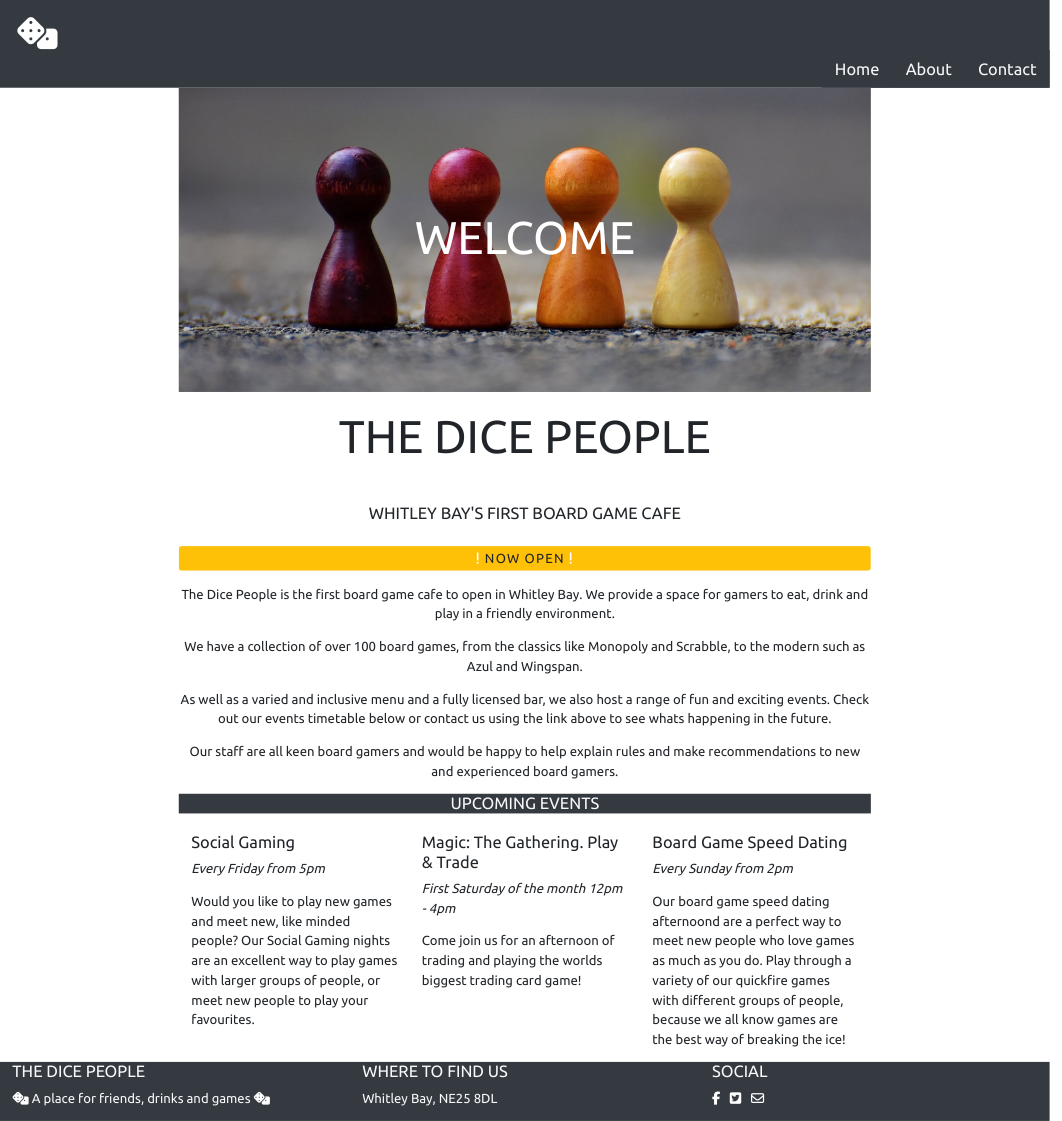
Repository: Code-Institute-Submissions/eleanorpro-milestoneproject1
Page: index.html
The author's editor kept a record of every edit. The page is drawn from the files as they stood at one moment, then again after the next edit.
The browser window is 1280 px wide. The page is 1295 px wide, so the pictures cover 1295 px, including what lies to the right of the window. The pictures show the whole page, at 82% of full size.
Some web libraries are served in a nearby version.

Above is the page before.

### index.html
<!DOCTYPE html>
<html lang="en">

<head>
    <meta charset="UTF-8">
    <meta name="viewport" content="width=device-width, initial-scale=1.0 shrink-to-fit=no">
    <meta http-equiv="X-UA-Compatible" content="ie=edge">
    <link rel="stylesheet" href="https://stackpath.bootstrapcdn.com/bootstrap/4.3.1/css/bootstrap.min.css" integrity="sha384-ggOyR0iXCbMQv3Xipma34MD+dH/1fQ784/j6cY/iJTQUOhcWr7x9JvoRxT2MZw1T" crossorigin="anonymous">
    <link href="https://fonts.googleapis.com/css?family=Ubuntu&display=swap" rel="stylesheet">
    <script src="https://kit.fontawesome.com/6737ff54ee.js" crossorigin="anonymous"></script>
    <link rel="stylesheet" href="css/style.css" type="text/css" />
    <title>The Dice People</title>
</head>

<body>


    <header class="bg-dark">
        <nav class="bg-dark">
            <span class="text-light"><i class="fas fa-dice heading-icon"></i></span>
            <ul class="nav justify-content-end">
                <li class="nav-item">
                    <a class="nav-link active text-light bg-dark" href="index.html">Home</a>
                </li>
                <li class="nav-item">
                    <a class="nav-link text-light bg-dark" href="about.html">About</a>
                </li>
                <li class="nav-item">
                    <a class="nav-link text-light bg-dark" href="contact.html">Contact</a>
                </li>
            </ul>
        </nav>
    </header>


    <div class="row">
        <div class="col-2"></div>
        <div class="col-8">


            <section>
                <div class="row">
                    <div class="col">
                        <div class="main-img">
                            <!-- I used https://www.w3schools.com/howto/howto_css_image_text.asp to help me put text over an image -->
                            <img class="bg-image" src="media/images/pieces.jpeg" alt="board game playing pieces">
                            <div class="centered">
                                <h1 class="uppercase display-4">Welcome</h1>
                            </div>
                        </div>
                    </div>
                </div>
                <h4 class="uppercase main-head display-4">The Dice People</h4>
                <h5 class="main-head uppercase">Whitley Bay's first board game cafe</h5>
                <div class="alert bg-warning">
                    <p><i class="fas fa-exclamation"></i><span> NOW OPEN </span><i class="fas fa-exclamation"></i></p>
                </div>
                <div class="intro">
                    <p>The Dice People is the first board game cafe to open in Whitley Bay. We provide a space for gamers to eat, drink and play in a friendly environment.</p>
                    <p>We have a collection of over 100 board games, from the classics like Monopoly and Scrabble, to the modern such as Azul and Wingspan.</p>
                    <p>As well as a varied and inclusive menu and a fully licensed bar, we also host a range of fun and exciting events. Check out our events timetable below or contact us using the link above to see whats happening in the future.</p>
                    <p>Our staff are all keen board gamers and would be happy to help explain rules and make recommendations to new and experienced board gamers.</p>
                </div>
                <div class="bg-dark text-light">
                    <h5 class="uppercase intro">Upcoming Events</h5>
                </div>

                <!-- Upcoming events below. -->
                <div class="container main-events">
                    <div class="row">
                        <div class="col-sm">
                            <h5>Social Gaming</h5>
                            <p><i>Every Friday from 5pm</i></p>
                            <p>Would you like to play new games and meet new, like minded people? Our Social Gaming nights are an excellent way to play games with larger groups of people, or meet new people to play your favourites.</p>
                        </div>
                        <div class="col-sm">
                            <h5>Magic: The Gathering. Play & Trade</h5>
                            <p><i>First Saturday of the month 12pm - 4pm</i></p>
                            <p>Come join us for an afternoon of trading and playing the worlds biggest trading card game!</p>
                        </div>
                        <div class="col-sm">
                            <h5>Board Game Speed Dating</h5>
                            <p><i>Every Sunday from 2pm</i></p>
                            <p>Our board game speed dating afternoond are a perfect way to meet new people who love games as much as you do. Play through a variety of our quickfire games with different groups of people, because we all know games are the
                                best way of breaking the ice!</p>
                        </div>
                    </div>
                </div>
            </section>


        </div>
        <div class="col-4"></div>
    </div>


    <footer>
        <div class="container-fluid footer text-light bg-dark">
            <div id="footer-details" class="row">
                <div class="col-sm-4">
                    <h5 class="uppercase">The Dice People</h5>
                    <p class="inline-block"><i class="fas fa-dice"></i> A place for friends, drinks and games <i class="fas fa-dice"></i></p>
                </div>
                <div class="col-sm-4">
                    <h5 class="uppercase">Where to find us</h5>
                    <p class="inline-block">Whitley Bay, NE25 8DL</p>
                </div>
                <div class="col-sm-4">
                    <h5 class="uppercase">Social</h5>
                    <ul class="list-inline social-icons">
                        <li class="list-inline-item">
                            <a href="https://www.facebook.com/" target="_blank"><i class="icon fab fa-facebook-f"></i></a>
                        </li>
                        <li class="list-inline-item">
                            <a href="https://twitter.com/?lang=en-gb" target="_blank"><i class="icon fab fa-twitter-square"></i></a>
                        </li>
                        <li class="list-inline-item">
                            <a href="mailto:services@thedicepeople.com"><i class="icon far fa-envelope"></i></a>
                        </li>
                    </ul>
                </div>
            </div>
        </div>
    </footer>


</body>

</html>

### css/style.css
/*--------------------------------------Text Styling */


body {
    font-family: "Ubuntu", sans-serif;
}


.fab,
.far,
.fas {
    color: #ffffff;
}


.inline-block {
    display: inline-block;
}

.uppercase {
    text-transform: uppercase;
}


/*--------------------------------------Header */


nav {
    width: 100%;
    min-height: 100px;
}


.heading-icon {
    font-size: 40px;
    padding-left: 20px;
    padding-top: 20px;
}


.nav-link {
    font-size: 20px;
}

/*--------------------------------------Main Image */


.bg-image {
    width: 100%;
}


.main-img {
    position: relative;
    text-align: center;
    color: white;
}


/* I used https://www.w3schools.com/howto/howto_css_image_text.asp for the CSS for putting text over an image (when the image isnt a background) */


.centered {
    position: absolute;
    top: 50%;
    left: 50%;
    transform: translate(-50%, -50%);
}


@media (max-width 768px) {
    #welcome {
        display: none;
    }
}


/*--------------------------------------Home Page */


.main-head {
    padding-top: 20px;
    padding-bottom: 20px;
}

.alert {
    text-align: center;
    padding: 2px 0;
    height: 30px;
    letter-spacing: 1.5px;
}

.main-events {
    padding-top: 15px;
}

body {
    position: relative;
    min-height: 100%;
    margin: 0;
    padding: 0;
}

.intro {
    text-align: center;
}

.main-head {
    text-align: center;
}

/*--------------------------------------About */

.alcohol,
.coffee {
    width: 100%;
}


li {
    list-style: none;
}

.day-list {
    text-align: right;
}

@media (max-width: 676px) {
    .alcohol,
    .coffee {
        display: none;
    }
    .opening-hours {
        width: 100%;
        margin-left: 40px;
    }
    .map {
        width: 75%;
        height: 75%;
    }
}

@media (min-width: 677px) and (max-width: 991px) {
    .map {
        margin-left: 40px;
    }

    @media (min-width: 992px) {
        .opening-hours {
            font-size: 150%;
            vertical-align: middle;
        }
    }

    .opening-hours {
        margin-bottom: 25px;
    }

    .locate-txt {
        font-family: "Ubuntu", sans-serif;
        margin-left: 40px;
        margin-right: 40px;
    }


    .address {
        margin-bottom: 3px;
    }

    .price {
        margin-left: 40px;
        margin-right: 40px;
    }

    /*--------------------------------------Contact */
    .contact-form {
        padding-left: 50px;
        padding-right: 50px;
    }


    .btn {
        margin-top: 50px;
    }

    .space {
        margin-bottom: 25px;
    }

    @media (max-width: 767px) {
        .space {
            height: 20px;
        }
        .table-img {
            max-height: 300px;
            max-width: 100%;
            padding-left: 0;
            padding-right: 0;
        }
    }

    @media (min-width: 700px) {

        .bg-contact {
            background-image: url("../media/images/table.jpeg");
            background-position: fixed;
            background-repeat: no-repeat;
            min-height: 100%;
        }
        .contact-main {
            padding-top: 200px;
        }
        .table-img {
            display: none;
        }
    }


    /*--------------------------------------Footer */
    .footer {
        min-height: 150px;
    }

    .social-icons {
        padding-bottom: 20px;
        word-spacing: 25px;
    }

    .social-icons li a i {
        width: 35px;
        height: 35px;
        padding: 10px;
        border-radius: 50%;
        font-size: 15px;
        line-height: 10px;
        text-align: center;
        background: #9DA1A6;
        transition: all 0.5s ease-in;
        -moz-transition: all 0.5s ease-in;
        -webkit-transition: all 0.5s ease-in;
        -o-transition: all 0.5s ease-in;
    }

    .social-icons li a i:hover {
        background: #217ADE;
    }

    #footer-details {
        padding: 30px;
    }

    .col {
        padding-right: 0;
    }

After the next edit:
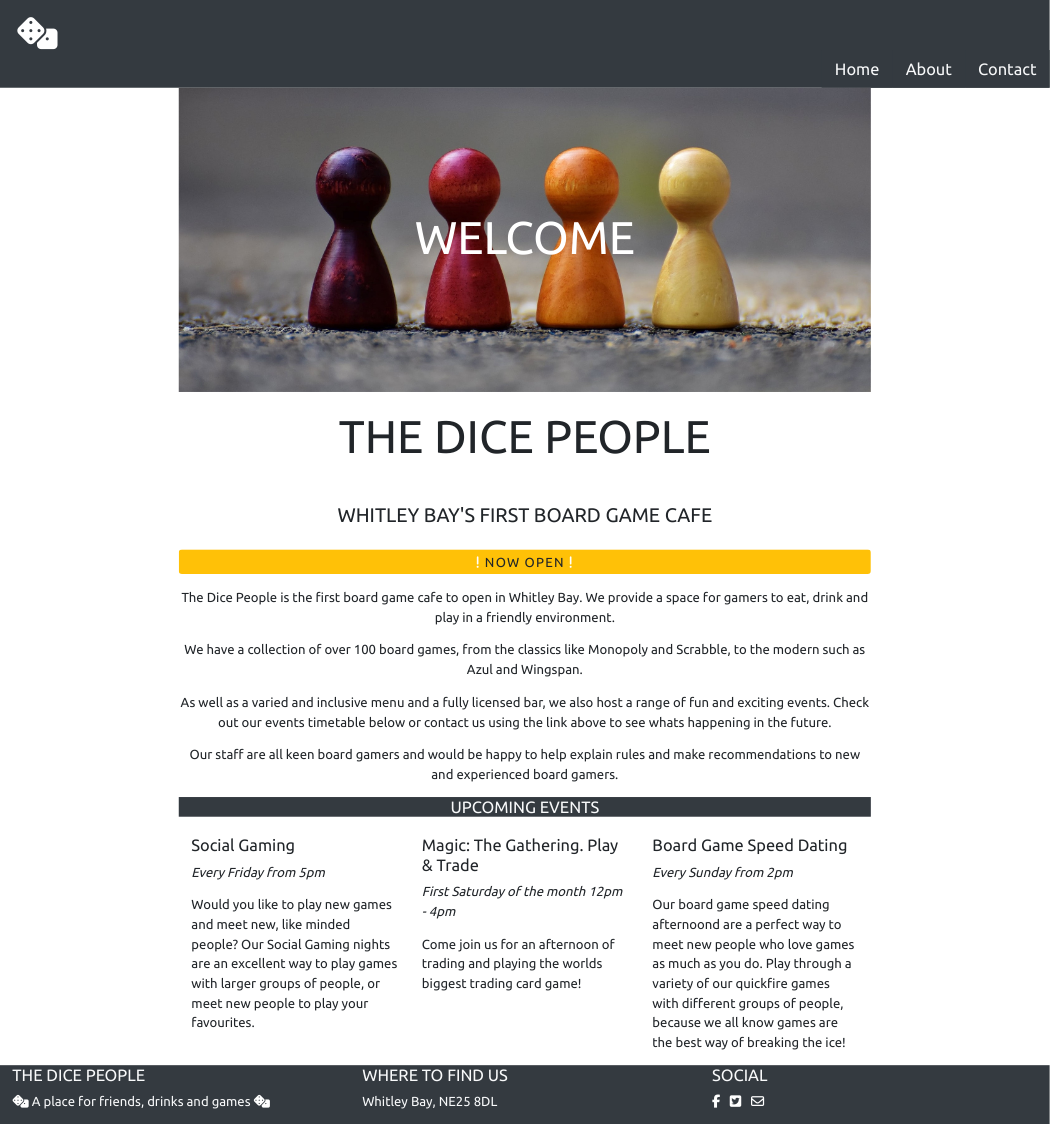
The edit:
--- a/index.html
+++ b/index.html
@@ -50,8 +50,9 @@
                         </div>
                     </div>
                 </div>
-                <h4 class="uppercase main-head display-4">The Dice People</h4>
-                <h5 class="main-head uppercase">Whitley Bay's first board game cafe</h5>
+
+                <h1 class="uppercase main-head display-4">The Dice People</h1>
+                <h4 class="main-head uppercase">Whitley Bay's first board game cafe</h4>
                 <div class="alert bg-warning">
                     <p><i class="fas fa-exclamation"></i><span> NOW OPEN </span><i class="fas fa-exclamation"></i></p>
                 </div>
